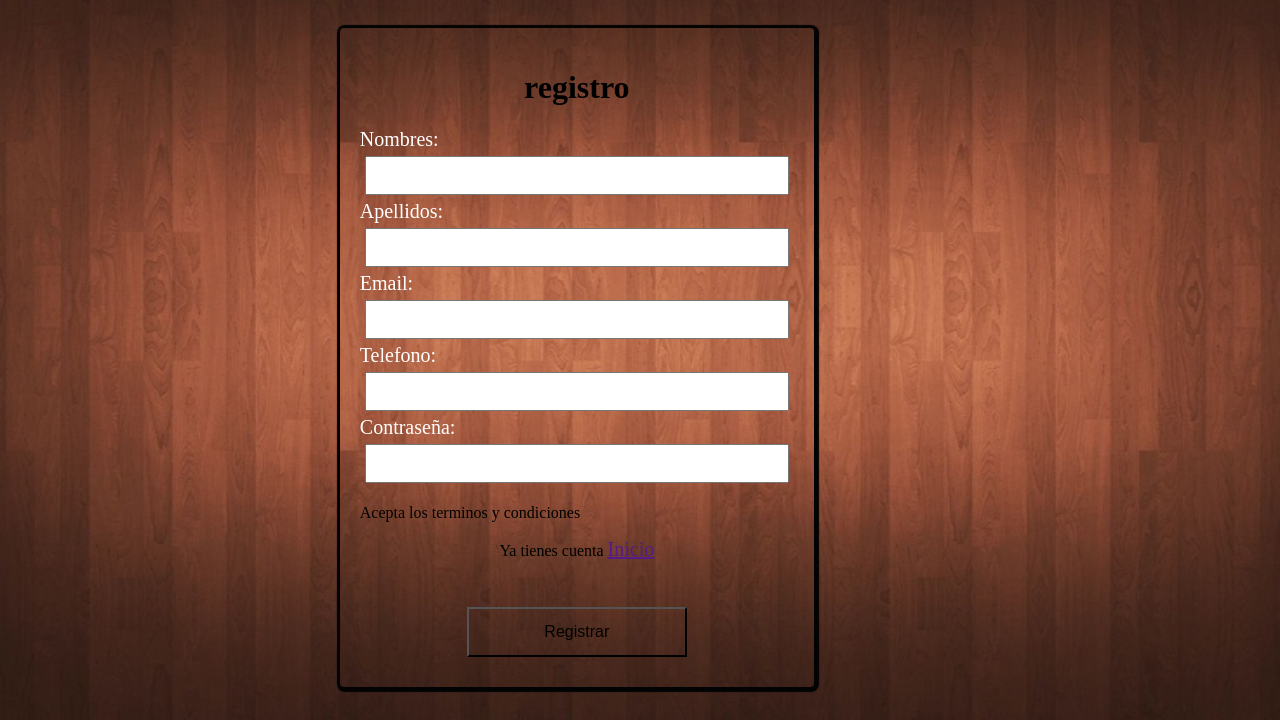
Repository: ye909/aplicacion_restaurante
Page: public/templeis/registro.html
The author's editor kept a copy of each file at every save. The page is drawn from the files as they stood at one save, then again after the next save.
The browser window is 1280 px wide. The pictures show the whole page.

Above is the page before, as saved 2024-11-12 22:03:23.

### public/templeis/registro.html
<!DOCTYPE html>
<html lang="en">
<head>
    <meta charset="UTF-8">
    <meta name="viewport" content="width=device-width, initial-scale=1.0">
    <link rel="stylesheet" href="../css/registro.css">
    <title>Document</title>
</head>
<body>

    <div class="container_registro">

        <form action="" method="post">
            <h1>registro</h1>
            <label for="nombres">Nombres:</label><br>
            <input type="text" id="nombres" name="nombres" required>
            <br>
            <label for="apellidos">Apellidos:</label><br>
            <input type="text" id="apellidos" name="apellidos" required>
            <br>
            <label for="email">Email:</label><br>
            <input type="email" id="email" name="email" >
            <br>
            <label for="number">Telefono:</label><br>
            <input type="number" id="telefono" name="telefono" >
            <br>
            <label for="password">Contraseña:</label><br>
            <input type="password" id="password" name="password">
            <div class="container_terminos">
                <!-- <div><input type="checkbox"></div>  -->
                <div><p>Acepta los terminos y condiciones</p></div>
             </div>
           <div class="container_inicio"> Ya tienes cuenta <a href="">Inicio</a></div>
            <br><br>
            <div class="container_btn">
                <button>Registrar</button>

            </div>
        </form>
    </div>
</body>
</html>

### public/css/registro.css

body{

    background-image: url(../imagen/fondo_card.jpg);
    background-attachment: fixed;
    background-size:cover;
    background-repeat:no-repeat;
    background-size: 100% 100%;
}
h1,.container_inicio{
    text-align: center;
}
.container_registro{
    width: 90%;
    display: flex;
    justify-content: center;
    align-items:center;
}
form{
margin: 20px;
    padding: 20px;

  box-shadow: rgb(3, 3, 4) 1px 1px 1px 4px   ;
 border-radius: 4px;
}
label{
    color:white;
    font-size: 20px;
}
.container_btn{
    display: flex;
    justify-content: center;
    align-items: center;

}
button{
    width: 220px;
    height: 50px;
    margin: 10px;
    background:transparent;
    font-size: 16px;


}
button:hover{
    color:white;
    background:rgba(14, 13, 13,0.4);
    border-radius:10px;
    transition: 2s;
}
input{
    padding: 10px;
    width: 400px;
    margin: 5px;
}
a{
   font-size: 20px;
}
/*
label{
    font-size: 20px;

}

:is(button){
    padding: 6px;
    width: 160px;
    margin: 10px;
}
.checkbox{
    display: flex;
} */

After the next save:
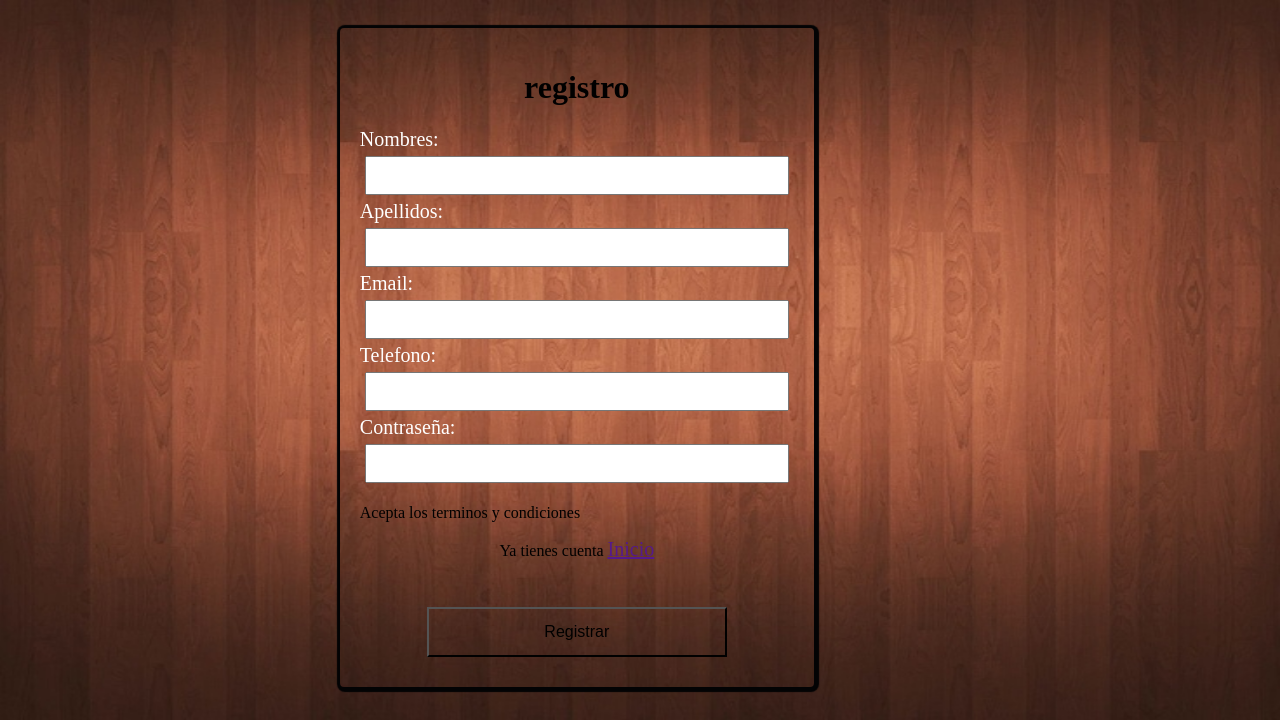
Saved 26 s later.
--- a/public/css/registro.css
+++ b/public/css/registro.css
@@ -34,7 +34,7 @@ label{
 
 }
 button{
-    width: 220px;
+    width: 300px;
     height: 50px;
     margin: 10px;
     background:transparent;
@@ -46,7 +46,7 @@ button:hover{
     color:white;
     background:rgba(14, 13, 13,0.4);
     border-radius:10px;
-    transition: 2s;
+    transition: 1s;
 }
 input{
     padding: 10px;
